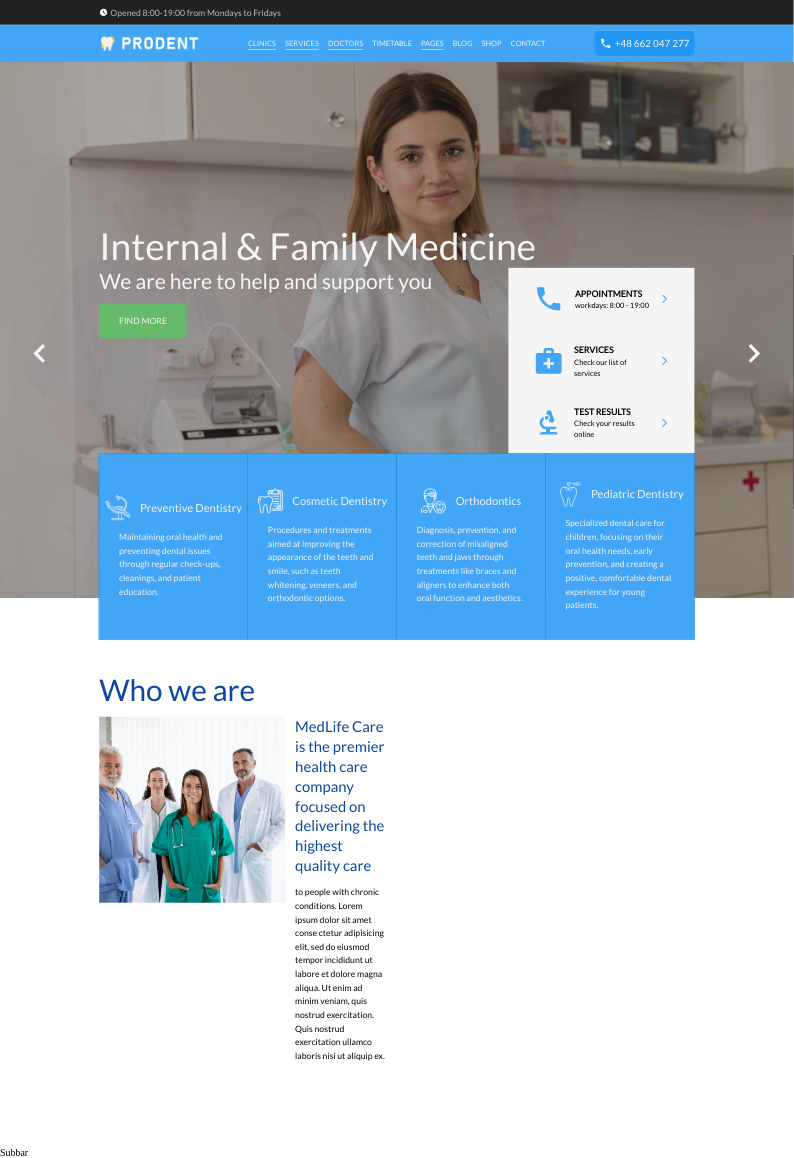
Repository: princ3-web/8
Page: /
These files come from the project's save history. The page is drawn as it stood at one moment and after the next save; the edit follows.
The browser window is 1280 px wide. The pictures show the whole page, at 62% of full size.
The project was rebuilt for these pictures with package versions that can differ from the ones it lists, and the page was loaded fresh each time. Also part of the build but not shown: vite.config.js, src/subpages/About.jsx, src/index.css.

Above is the page before, as saved 2023-11-02 15:20:47.

After the next save:
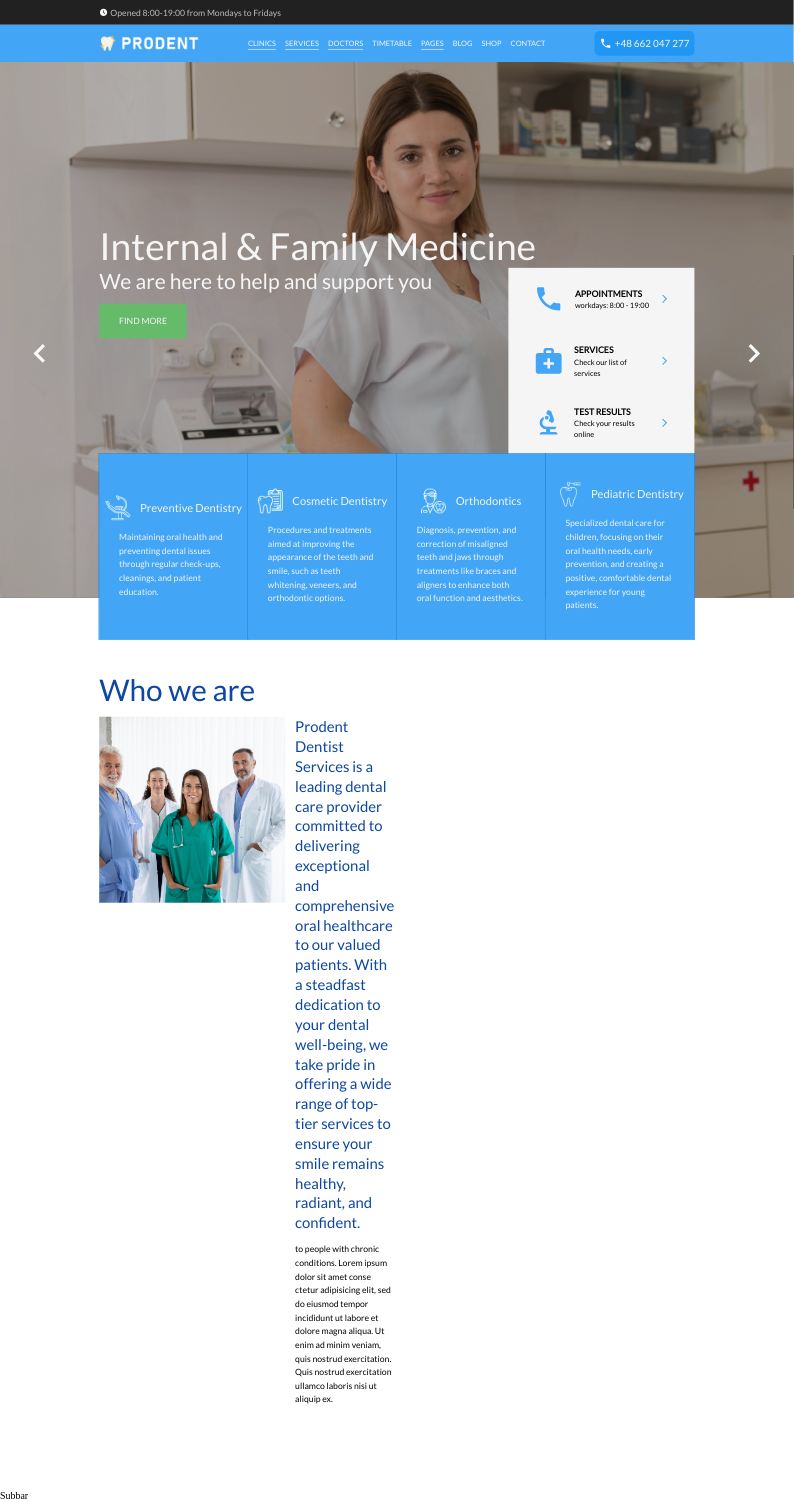
Saved 116 s later.
--- a/src/subpages/Home.jsx
+++ b/src/subpages/Home.jsx
@@ -243,8 +243,9 @@ const Home = () => {
           />
           <Box sx={{p:"1rem"}}>
             <Typography variant="h5" sx={{mb:"1rem"}}  color={blue[900]}>
-              MedLife Care is the premier health care company focused on delivering the highest
-              quality care
+            Prodent Dentist Services is a leading dental care provider committed to delivering exceptional and comprehensive oral healthcare to our valued patients. With a steadfast dedication to your dental well-being, we take pride in offering a wide range of top-tier services to ensure your smile remains healthy, radiant, and confident.
+
+
             </Typography>
 
           <Typography  variant="subtitle2">
